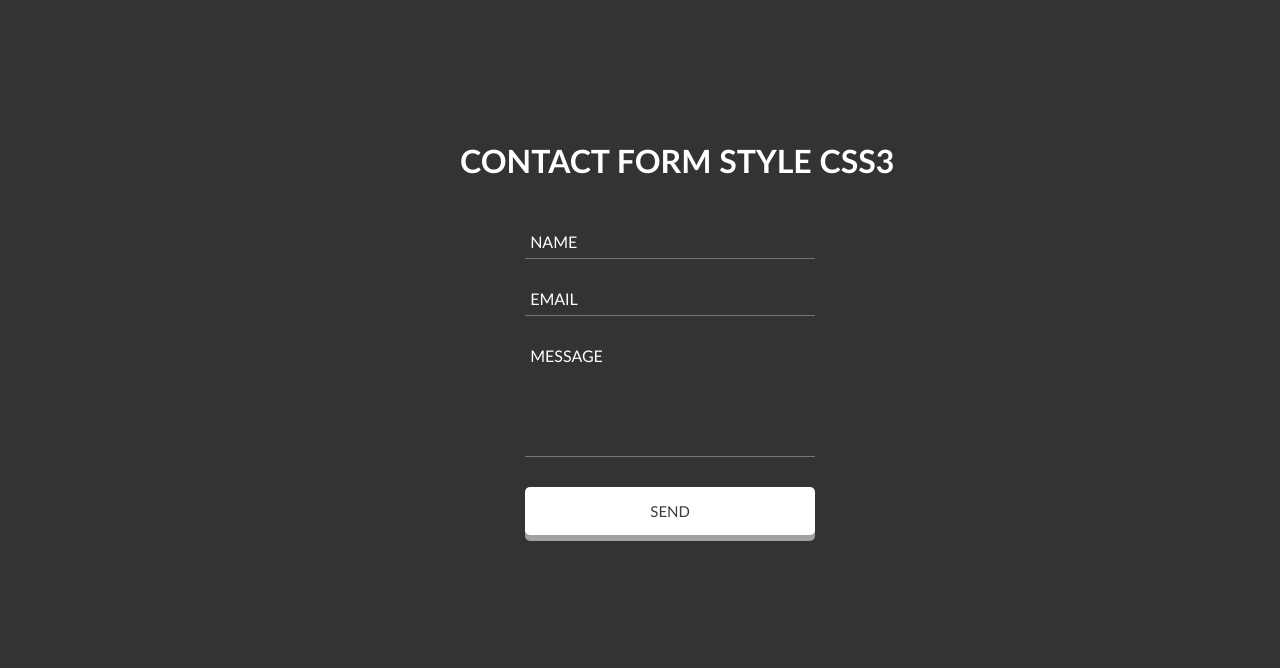
Repository: avatararts/avatararts1.github.io
Page: form.html
These files come from the project's save history. The page is drawn as it stood at one moment and after the next save; the edit follows.
The browser window is 1280 px wide. The pictures show the whole page.

Above is the page before, as saved 2023-01-10 18:16:24.

### form.html
<!DOCTYPE html>
<html lang="en">
<head>
    <meta charset="UTF-8">
    <meta http-equiv="X-UA-Compatible" content="IE=edge">
    <meta name="viewport" content="width=device-width, initial-scale=1.0">
    <title>AvaTaR aRtS</title>
    <style>html {
        width: 100%;
        height: 100%;
        position: relative;
      }

      body {
        position: absolute;
        background: #333;
        box-sizing: content-box;
        top: 50%;
        left: 50%;
        margin: -240px 0 0 -180px;
      }

      h1 {
        padding: 0 0 30px 0;
        display: block;
        font-family: Trebuchet MS;
        color: white;
        text-transform: uppercase;
      }

      .margin {
        margin: 0 15%;
      }

      *:focus {
        outline: none;
      }

      .inputGroup {
        position: relative;
        margin-bottom: 30px;
      }

      .inputGroup label {
        position: absolute;
        top: 0;
        left: 5px;
        pointer-events: none;
        transition: all 0.3s ease;
        font-size: 16px;
        font-family: Trebuchet MS;
        color: white;
        font-weight: 500;
        text-transform: uppercase;
      }

      .inputGroup input,
      .inputGroup textarea {
        display: block;
        width: 280px;
        border: none;
        border-bottom: 1px solid #757575;
        left: 25px;
        padding: 5px;
        font-family: Trebuchet MS;
        background: none;
        color: #ccc;
      }

      .inputGroup input:focus ~ label,
      .inputGroup input:valid ~ label,
      .inputGroup textarea:focus ~ label,
      .inputGroup textarea:valid ~ label {
        top: -20px;
        transition: all 0.3s ease;
        font-size: 13px;
      }

      .inputGroup input:focus ~ .inputBar:before,
      .inputGroup input:focus ~ .inputBar:after,
      .inputGroup textarea:focus ~ .inputBar:before,
      .inputGroup textarea:focus ~ .inputBar:after {
        width: 50%;
      }

      .inputGroup textarea {
        height: 100px;
        width: 280px;
        overflow: auto;
        resize: none;
      }

      .inputGroup .inputBar {
        position: relative;
        display: block;
        width: 290px;
      }

      .inputGroup .inputBar:before,
      .inputGroup .inputBar:after {
        content: "";
        display: block;
        position: absolute;
        bottom: 0;
        width: 0;
        background: white;
        height: 2px;
        transition: all 0.2s ease;
      }

      .inputGroup .inputBar:after {
        right: 50%;
      }

      .inputGroup .inputBar:before {
        left: 50%;
      }

      button {
        background-color: white;
        border: none;
        padding: 15px 0;
        margin: 0;
        width: 290px;
        color: #3c3c3c;
        text-transform: uppercase;
        font-family: Trebuchet MS;
        font-size: 15px;
        border-radius: 5px;
        box-shadow: 0 6px #a1a1a1;
        position: relative;
        cursor: pointer;
      }

      button:hover {
        box-shadow: 0 4px #a1a1a1;
        top: 2px;
      }

      button:active {
        top: 6px;
        box-shadow: 0 0;
      }
      </style>
</head>
<body>
    <h1>Contact Form Style CSS3</h1>
<div class="margin">
  <div class="inputGroup">
    <input type="text" required />
    <span class="inputBar"></span>
    <label>Name</label>
  </div>

  <div class="inputGroup">
    <input type="text" required />
    <span class="inputBar"></span>
    <label>Email</label>
  </div>

  <div class="inputGroup">
    <textarea type="textarea" required></textarea>
    <span class="inputBar"></span>
    <label>Message</label>
  </div>

  <button>Send</button>
</div>
</body>
</html>

After the next save:
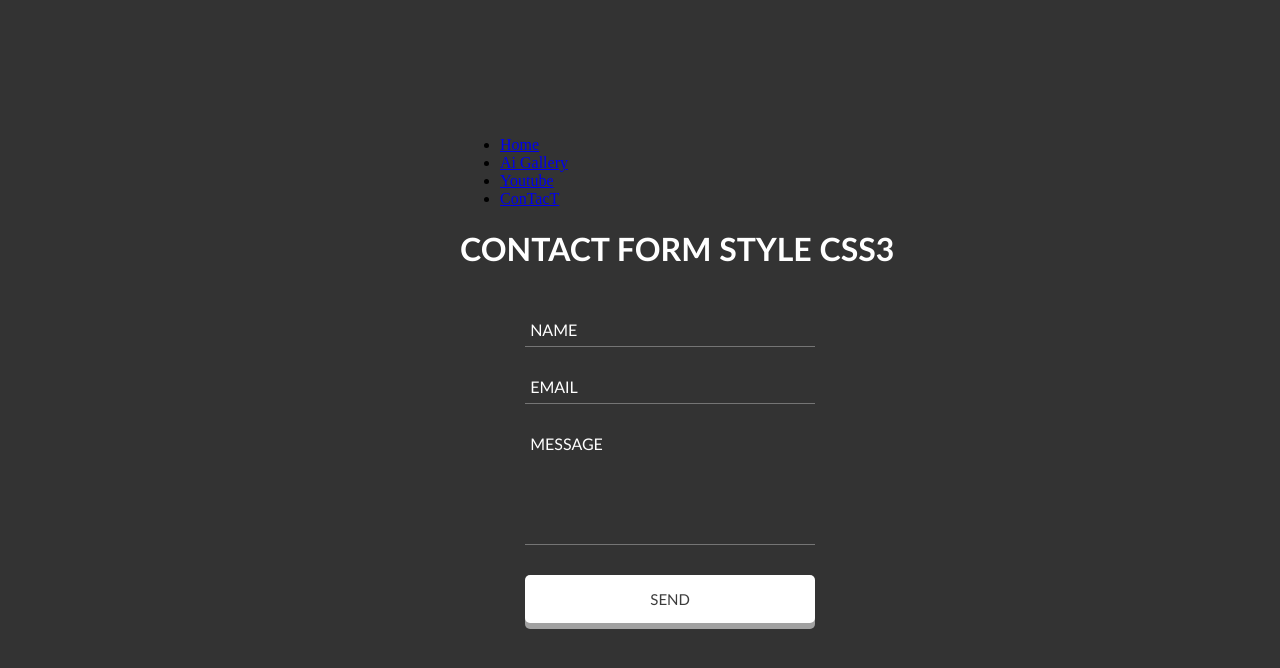
Saved 29 min 56 s later.
--- a/form.html
+++ b/form.html
@@ -144,6 +144,17 @@
       </style>
 </head>
 <body>
+  <nav>
+    <div class="container">
+    <ul>
+      <li><a href="index.html">Home</a></li>
+      <li><a href="#">Ai Gallery</a></li>
+      <li><a href="https://bit.ly/iChoake">Youtube</a></li>
+      <li><a href="form.html">ConTacT</a></li>
+
+    </ul>
+    </div>
+    </nav>
     <h1>Contact Form Style CSS3</h1>
 <div class="margin">
   <div class="inputGroup">

After the save that followed:
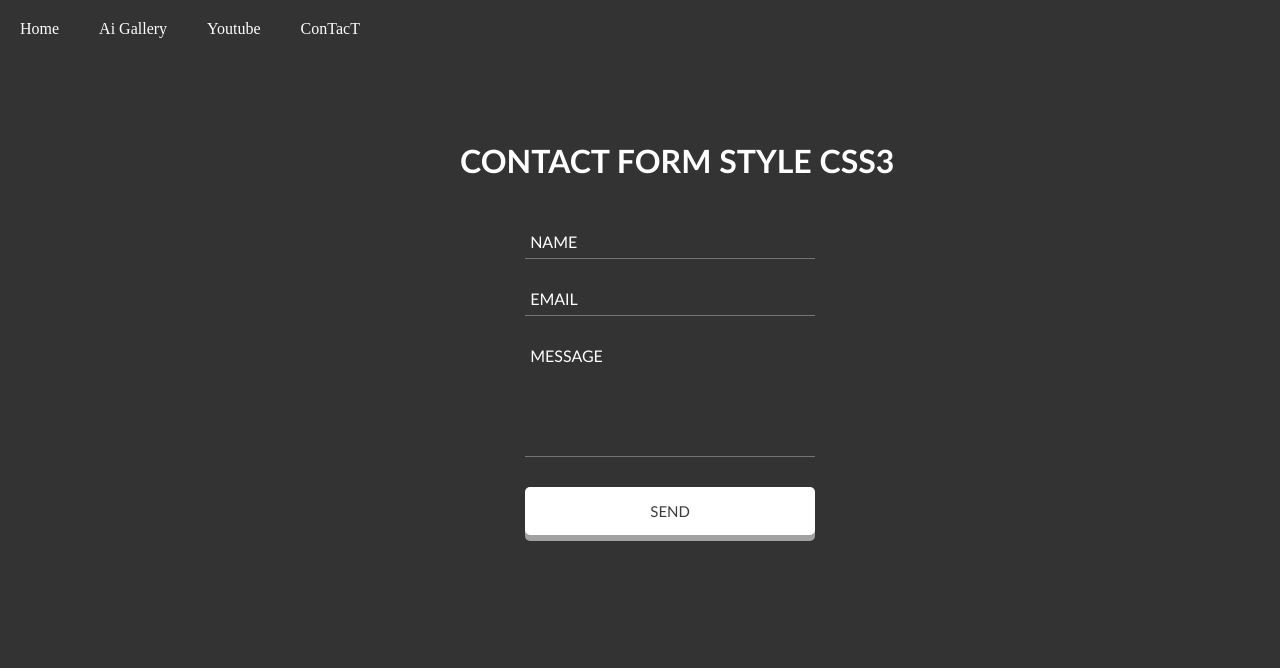
Saved 23 s later.
--- a/form.html
+++ b/form.html
@@ -27,7 +27,35 @@
         color: white;
         text-transform: uppercase;
       }
-
+      nav {
+        position: fixed;
+        top: 0;
+        left: 0;
+        width: 100%;
+        background-color: #333;
+        }
+
+        nav ul {
+        list-style: none;
+        margin: 0;
+        padding: 0;
+        display: flex;
+        }
+
+        nav li {
+        display: inline-block;
+        }
+
+        nav a {
+        display: block;
+        padding: 20px;
+        color: #fff;
+        text-decoration: none;
+        }
+
+        .contents {
+        margin: 100px 0 0 100px;
+        }
       .margin {
         margin: 0 15%;
       }
